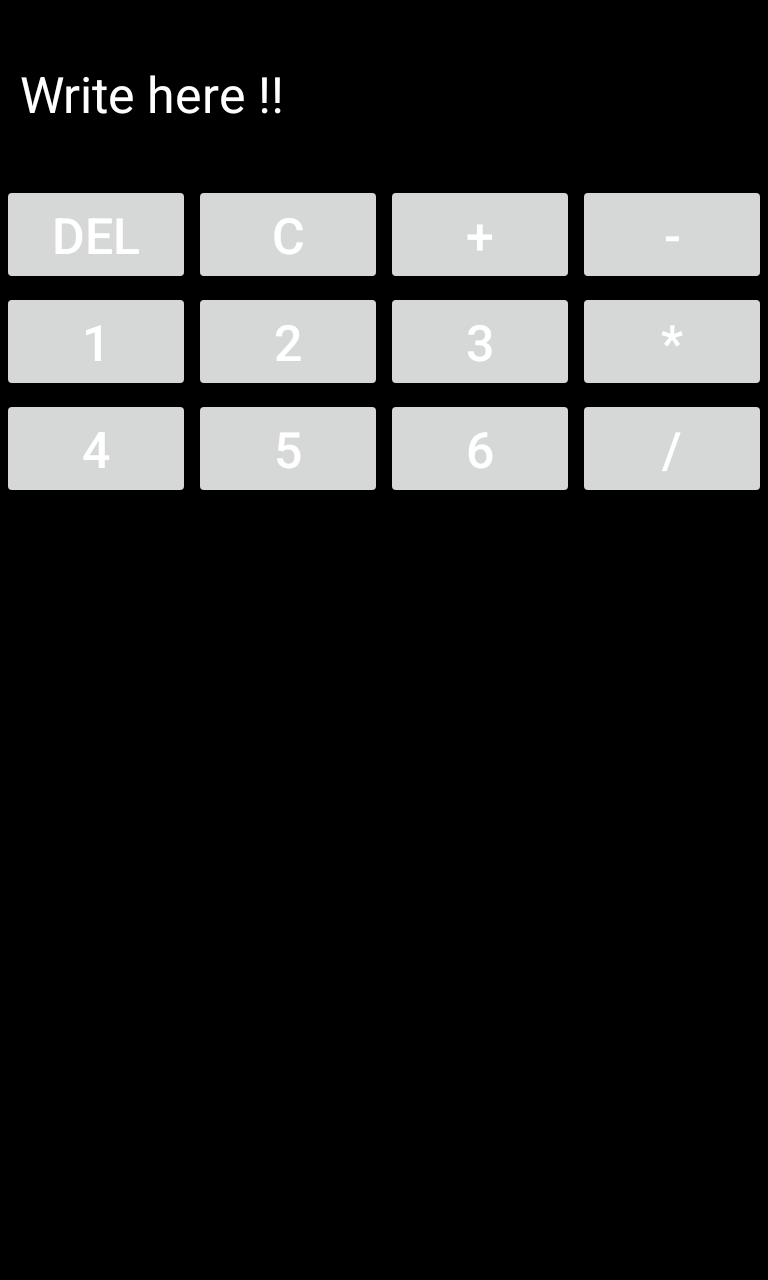
Repository: salihklc/Basic-Android
Layout: complexCalculator/res/layout/activity_main.xml
An editor plug-in stored every save of this project. The layout is shown before and after the next save, followed by the edit.
It is drawn on a 768 x 1280 px phone screen (xhdpi) without system bars, with theme AppTheme; the app's code is not run.

Above is the layout before, as saved 2014-10-10 13:46:04.

### complexCalculator/res/layout/activity_main.xml
<LinearLayout xmlns:android="http://schemas.android.com/apk/res/android"
    android:layout_width="match_parent"
    android:layout_height="match_parent"
    android:orientation="vertical"
    android:background="#000"
    xmlns:android1="http://schemas.android.com/apk/res/android">

<EditText
    android:layout_marginTop="20dp"
    android:layout_marginBottom="20dp"
    android:id="@+id/display"
    android:layout_width="match_parent"
    android:layout_height="wrap_content"
    android:hint=" Write here !!"
    android:textSize="25sp"
    android:textColor="#fff"
    android:textColorHint="#fff"
    />

	<LinearLayout
	    android:weightSum="100"
	    android:layout_width="match_parent"
	    android:layout_height="wrap_content"

	    >
	    <Button
	        android:layout_weight="25"
	        android:id="@+id/DEL"
	        android:layout_height="fill_parent"
	        android:text="@string/DEL"
	        android:textColor="#fff"
	        android:textSize="25sp"
	        />
	    <Button
	        android:layout_weight="25"
	        android:id="@+id/C"
	        android:layout_height="fill_parent"
	        android:text="@string/C"
	        android:textColor="#fff"
	        android:textSize="25sp"
	        />
	    <Button
	        android:layout_weight="25"
	        android:id="@+id/add"
	        android:layout_height="fill_parent"
	        android:text="@string/add"
	        android:textColor="#fff"
	        android:textSize="25sp"
	        />
	    <Button
	        android:layout_weight="25"
	        android:id="@+id/minus"
	        android:layout_height="fill_parent"
	        android:text="@string/minus"
	        android:textColor="#fff"
	        android:textSize="25sp"
	        />

	</LinearLayout>


	<LinearLayout
	    android:weightSum="100"
	    android:layout_width="match_parent"
	    android:layout_height="wrap_content"

	    >
	    <Button
	        android:layout_weight="25"
	        android:id="@+id/one"
	        android:layout_height="fill_parent"
	        android:text="@string/one"
	        android:textColor="#fff"
	        android:textSize="25sp"
	        />
	    <Button
	        android:layout_weight="25"
	        android:id="@+id/two"
	        android:layout_height="fill_parent"
	        android:text="@string/two"
	        android:textColor="#fff"
	        android:textSize="25sp"
	        />
	    <Button
	        android:layout_weight="25"
	        android:id="@+id/three"
	        android:layout_height="fill_parent"
	        android:text="@string/three"
	        android:textColor="#fff"
	        android:textSize="25sp"
	        />
	    <Button
	        android:layout_weight="25"
	        android:id="@+id/mult"
	        android:layout_height="fill_parent"
	        android:text="@string/mult"
	        android:textColor="#fff"
	        android:textSize="25sp"
	        />

	</LinearLayout>

	<LinearLayout
	    android:weightSum="100"
	    android:layout_width="match_parent"
	    android:layout_height="wrap_content"

	    >
	    <Button
	        android:layout_weight="25"
	        android:id="@+id/four"
	        android:layout_height="fill_parent"
	        android:text="@string/four"
	        android:textColor="#fff"
	        android:textSize="25sp"
	        />
	    <Button
	        android:layout_weight="25"
	        android:id="@+id/five"
	        android:layout_height="fill_parent"
	        android:text="@string/five"
	        android:textColor="#fff"
	        android:textSize="25sp"
	        />
	    <Button
	        android:layout_weight="25"
	        android:id="@+id/six"
	        android:layout_height="fill_parent"
	        android:text="@string/six"
	        android:textColor="#fff"
	        android:textSize="25sp"
	        />
	    <Button
	        android:layout_weight="25"
	        android:id="@+id/div"
	        android:layout_height="fill_parent"
	        android:text="@string/div"
	        android:textColor="#fff"
	        android:textSize="25sp"
	        />

	</LinearLayout>

	<LinearLayout
	    android:weightSum="100"
	    android:layout_width="match_parent"
	    android:layout_height="wrap_content"
	    android:baselineAligned="false"
    	android:orientation="horizontal"
	    >

		<LinearLayout
		    android:layout_weight="25"
		    android:layout_height="fill_parent"
		    android:orientation="vertical" >

		<LinearLayout
		    android:layout_width="239dp"
		    android:layout_height="wrap_content"
		    android:weightSum="99"
		    android:orientation="horizontal" >

		    <Button
		        android:layout_weight="33"
		        android:id="@+id/seven"
		        android:layout_height="fill_parent"
		        android:text="@string/seven"
		        android:textColor="#fff"
		        android:textSize="25sp"
		        />
		    <Button
		        android:layout_weight="33"
		        android:id="@+id/eight"
		        android:layout_height="fill_parent"
		        android:text="@string/eight"
		        android:textColor="#fff"
		        android:textSize="25sp"
		        />
		    <Button
		        android:layout_weight="33"
		        android:id="@+id/nine"
		        android:layout_height="fill_parent"
		        android:text="@string/nine"
		        android:textColor="#fff"
		        android:textSize="25sp"
		        />


		</LinearLayout>

		<LinearLayout
		    android:weightSum="100"
		    android:layout_width="match_parent"
		    android:layout_height="wrap_content"
		    android:orientation="horizontal"
		    >

			<Button
			    android1:id="@+id/zero"
			    android1:layout_height="fill_parent"
			    android1:layout_weight="50"
			    android1:text="@string/zero"
			    android1:textColor="#fff"
			    android1:textSize="25sp" />

			<Button
			    android1:id="@+id/dot"
			    android1:layout_width="0dp"
			    android1:layout_height="fill_parent"
			    android1:layout_weight="25"
			    android1:text="@string/dot"
			    android1:textColor="#fff"
			    android1:textSize="25sp" />

		</LinearLayout>

	</LinearLayout>
		<LinearLayout
		    android:layout_gravity="right"
		    android:layout_weight="75">

			<Button
			    android1:id="@+id/equ"
			    android1:layout_width="match_parent"
			    android1:layout_height="108dp"
			    android1:text="@string/equ"
			    android1:textColor="#fff"
			    android1:textSize="25sp" />

		</LinearLayout>

	</LinearLayout>

</LinearLayout>

### complexCalculator/res/values/strings.xml
<?xml version="1.0" encoding="utf-8"?>
<resources>

    <string name="app_name">complexCalculator</string>
    <string name="hello_world">Hello world!</string>
    <string name="action_settings">Settings</string>
    <string name="one">1</string>
	<string name="two">2</string>
	<string name="three">3</string>
	<string name="add">+</string>
	<string name="four">4</string>
	<string name="five">5</string>
	<string name="six">6</string>
	<string name="minus">-</string>
	<string name="seven">7</string>
	<string name="eight">8</string>
	<string name="nine">9</string>
	<string name="mult">*</string>
	<string name="zero">0</string>
	<string name="equ">=</string>
	<string name="div">/</string>
	<string name="dot">,</string>
	<string name="DEL">DEL</string>
	<string name="C">C</string>
</resources>

Loaded but not shown: complexCalculator/res/values/styles.xml (common file); complexCalculator/res/values-v11/styles.xml (common file); complexCalculator/res/values-v14/styles.xml (common file)

After the next save:
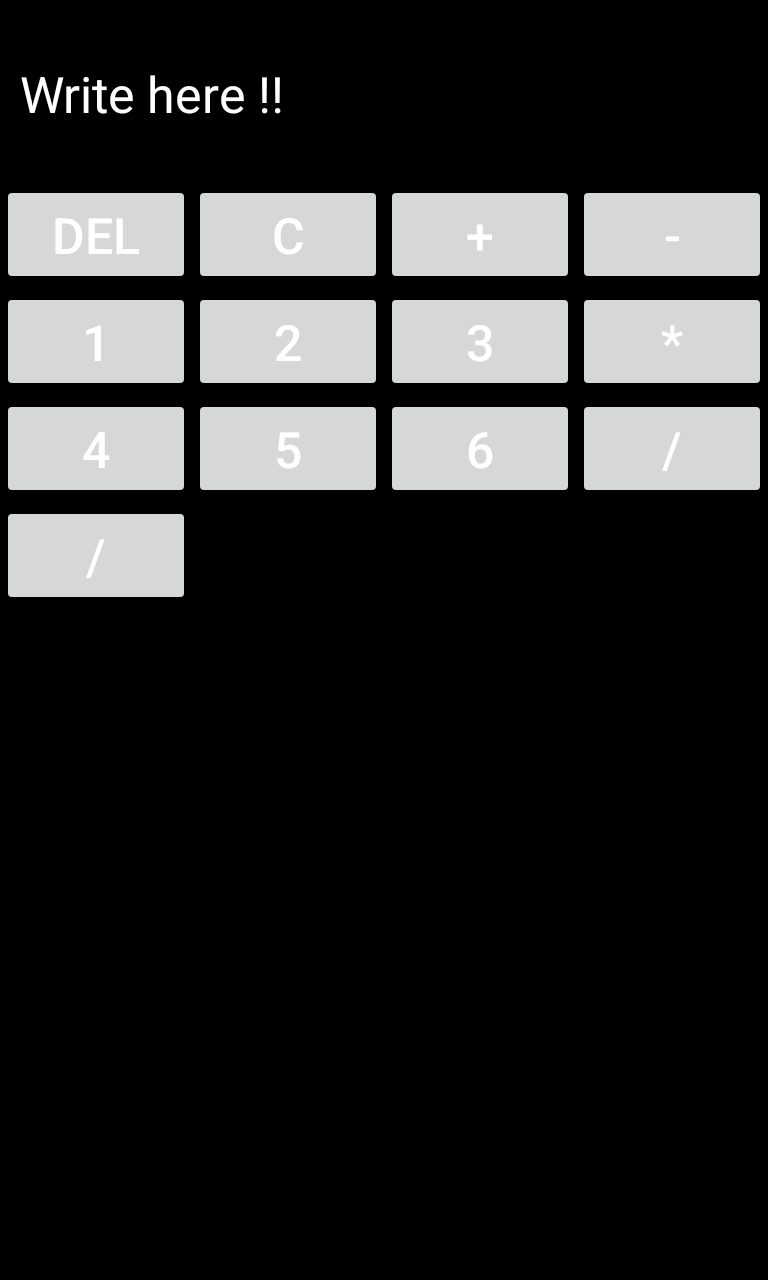
Saved 3 min 25 s later.
--- a/complexCalculator/res/layout/activity_main.xml
+++ b/complexCalculator/res/layout/activity_main.xml
@@ -148,86 +148,15 @@
 	    android:baselineAligned="false"
     	android:orientation="horizontal"
 	    >
-
-		<LinearLayout
-		    android:layout_weight="25"
-		    android:layout_height="fill_parent"
-		    android:orientation="vertical" >
-
-		<LinearLayout
-		    android:layout_width="239dp"
-		    android:layout_height="wrap_content"
-		    android:weightSum="99"
-		    android:orientation="horizontal" >
-
-		    <Button
-		        android:layout_weight="33"
-		        android:id="@+id/seven"
+ 			<Button
+		        android:layout_weight="25"
+		        android:id="@+id/div"
 		        android:layout_height="fill_parent"
-		        android:text="@string/seven"
+		        android:text="@string/div"
 		        android:textColor="#fff"
 		        android:textSize="25sp"
-		        />
-		    <Button
-		        android:layout_weight="33"
-		        android:id="@+id/eight"
-		        android:layout_height="fill_parent"
-		        android:text="@string/eight"
-		        android:textColor="#fff"
-		        android:textSize="25sp"
-		        />
-		    <Button
-		        android:layout_weight="33"
-		        android:id="@+id/nine"
-		        android:layout_height="fill_parent"
-		        android:text="@string/nine"
-		        android:textColor="#fff"
-		        android:textSize="25sp"
-		        />
+	        />
 
-
-		</LinearLayout>
-
-		<LinearLayout
-		    android:weightSum="100"
-		    android:layout_width="match_parent"
-		    android:layout_height="wrap_content"
-		    android:orientation="horizontal"
-		    >
-
-			<Button
-			    android1:id="@+id/zero"
-			    android1:layout_height="fill_parent"
-			    android1:layout_weight="50"
-			    android1:text="@string/zero"
-			    android1:textColor="#fff"
-			    android1:textSize="25sp" />
-
-			<Button
-			    android1:id="@+id/dot"
-			    android1:layout_width="0dp"
-			    android1:layout_height="fill_parent"
-			    android1:layout_weight="25"
-			    android1:text="@string/dot"
-			    android1:textColor="#fff"
-			    android1:textSize="25sp" />
-
-		</LinearLayout>
-
-	</LinearLayout>
-		<LinearLayout
-		    android:layout_gravity="right"
-		    android:layout_weight="75">
-
-			<Button
-			    android1:id="@+id/equ"
-			    android1:layout_width="match_parent"
-			    android1:layout_height="108dp"
-			    android1:text="@string/equ"
-			    android1:textColor="#fff"
-			    android1:textSize="25sp" />
-
-		</LinearLayout>
 
 	</LinearLayout>
 
